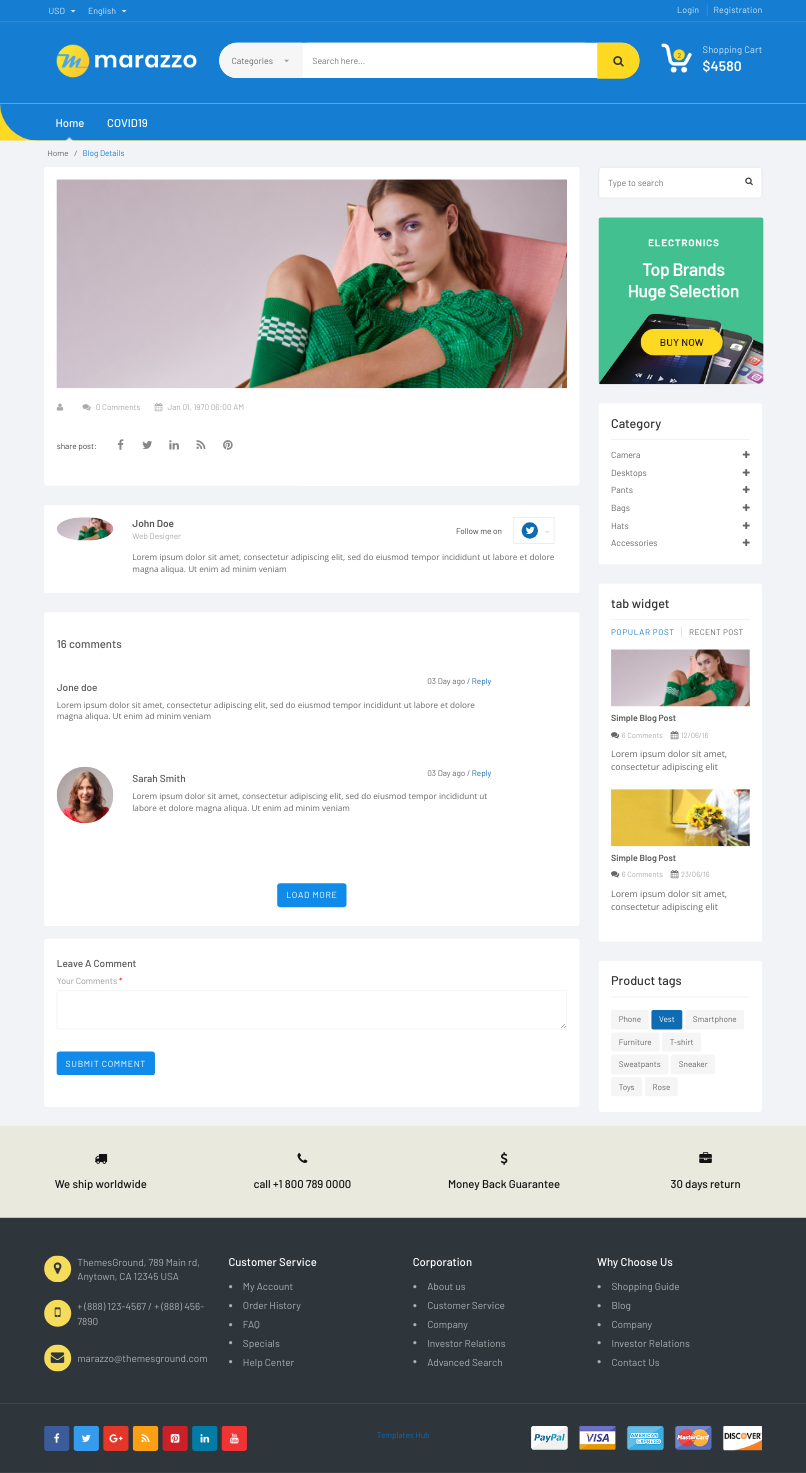
Repository: ztarikul/Laravel_e_commerce
Page: resources/views/posts/blog_details.blade.php
The author's editor kept a copy of each file at every save. The page is drawn from the files as they stood at one save, then again after the next save.
The browser window is 1280 px wide. The pictures show the whole page, at 63% of full size.
The page is served by the project's Laravel application, run on PHP 8.4 with Laravel 8. The template is opened directly, without the code that normally fills it, so the values that code supplies are empty.

Above is the page before, as saved 2021-07-30 01:47:11.

After the next save:
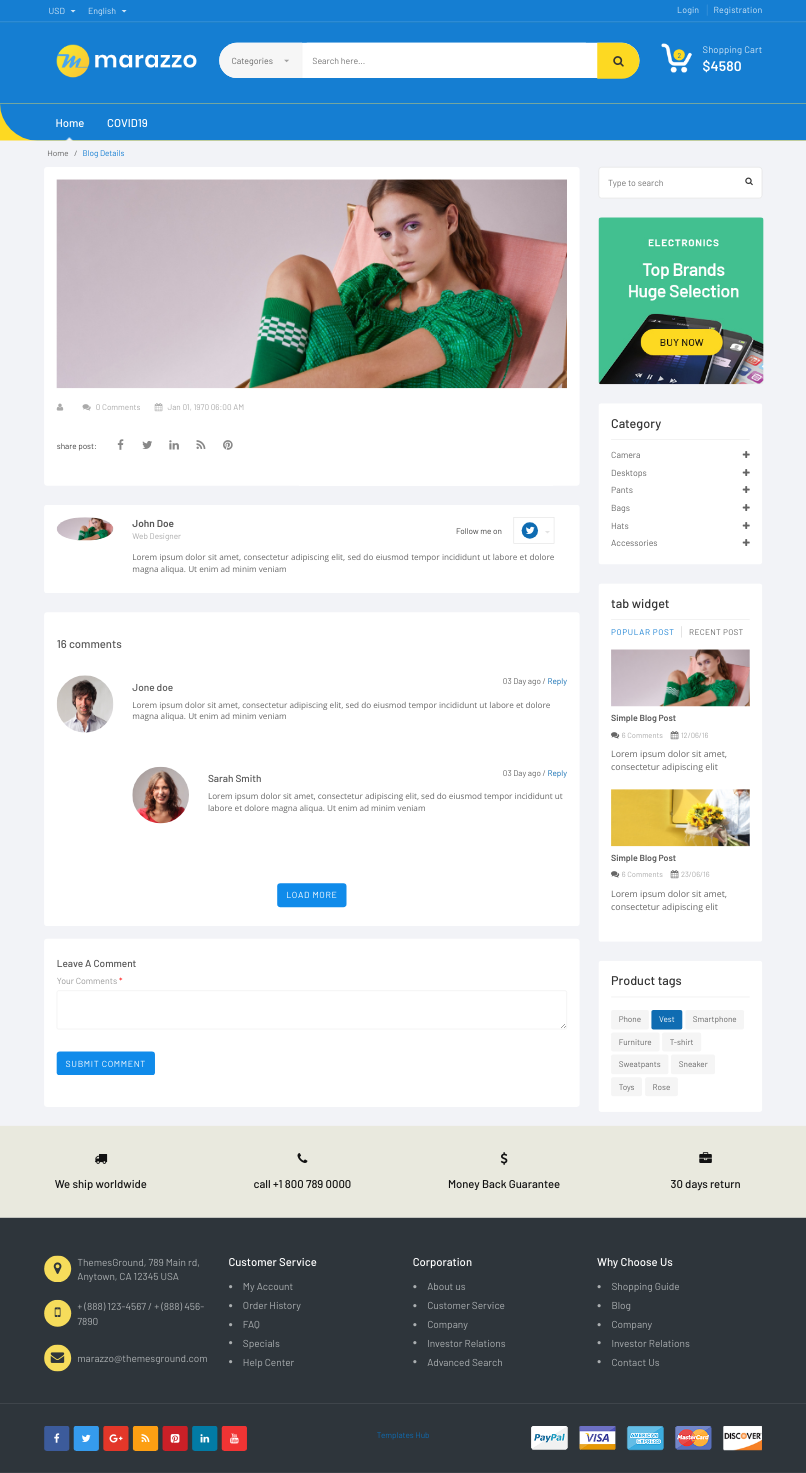
Saved 21 s later.
--- a/e_com/resources/views/posts/blog_details.blade.php
+++ b/e_com/resources/views/posts/blog_details.blade.php
@@ -64,7 +64,7 @@
 		<div class="col-md-12">
 			<h3 class="title-review-comments">16 comments</h3>
 		</div>
-		<div id="abcd" class="col-md-2 col-sm-2">
+		<div class="col-md-2 col-sm-2">
 			<img src="{{asset('images/testimonials/member1.png')}}" alt="Responsive image" class="img-rounded img-responsive">
 		</div>
 		<div class="col-md-10 col-sm-10 blog-comments outer-bottom-xs">
